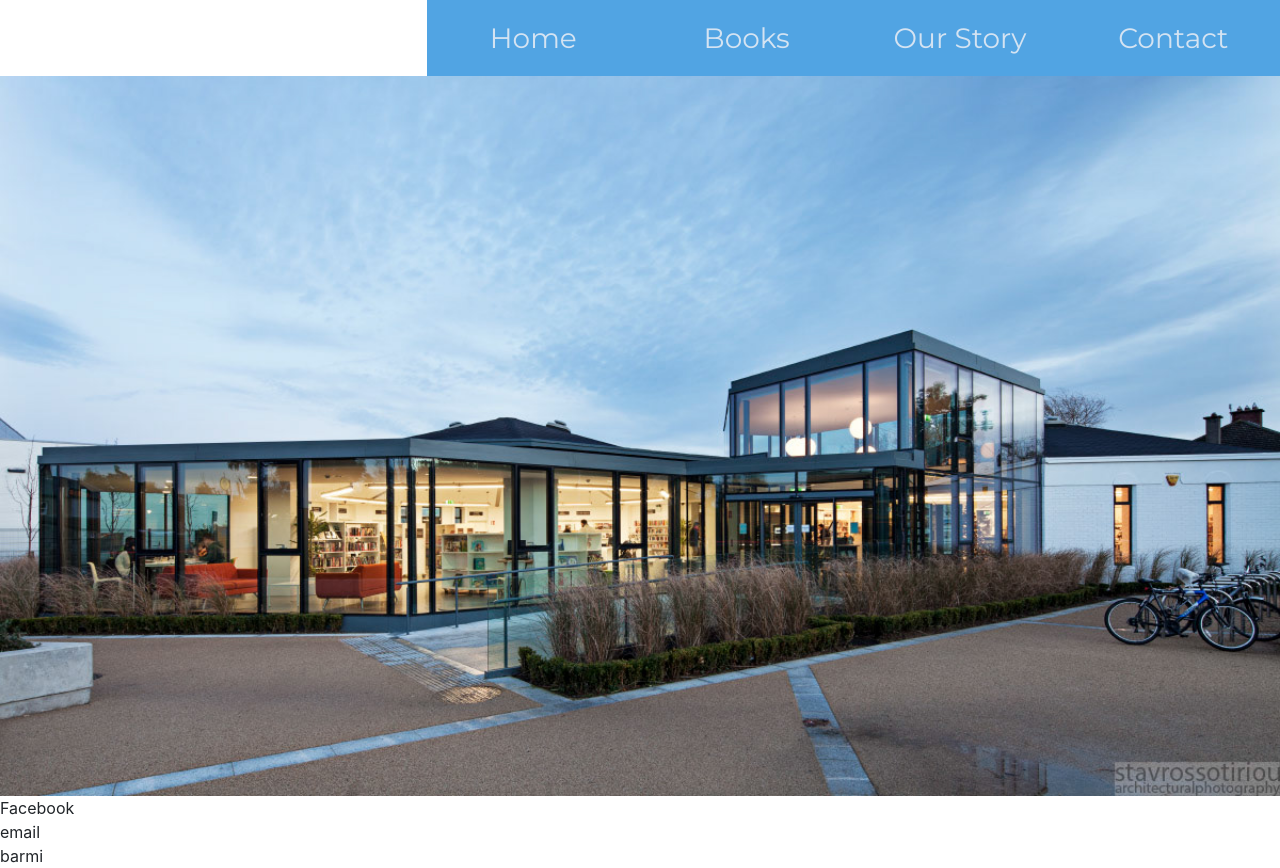
Repository: taikatta/Konyvkucko
Page: index.html
The author's editor kept a record of every edit. The page is drawn from the files as they stood at one moment, then again after the next edit.
The browser window is 1280 px wide. The pictures show the whole page.
Backgrounds fixed to the window are drawn as part of the page.

Above is the page before.

### index.html
<!DOCTYPE html>
<html lang="en">

<head>
    <meta charset="UTF-8">
    <meta name="viewport" content="width=device-width, initial-scale=1.0">
    <meta http-equiv="X-UA-Compatible" content="ie=edge">
    <link rel="stylesheet" href="https://stackpath.bootstrapcdn.com/bootstrap/4.3.1/css/bootstrap.min.css" type="text/css" />
    <link rel="stylesheet" href="https://stackpath.bootstrapcdn.com/font-awesome/4.7.0/css/font-awesome.min.css" type="text/css" />
    <link rel="stylesheet" href="css/style.css" type="text/css" />
    <title>Dublini Magyar Könyvkuckó</title>
</head>

<body>
    <header>
        <div class="row no-gutters">
            <a class="col-md-4 logo" href="index.html">

            </a>
            <div class="col-md-8">
                <div class="row no-gutters">
                    <div class="col">
                        <ul id="nav" class="list-inline menucontainer">
                            <li class="col-6 col-sm-3 list-inline-item menuitem">
                                <a href="index.html"><span>Home</span></a>
                            </li>
                            <li class="col-6 col-sm-3 list-inline-item menuitem">
                                <a href="books.html"><span>Books</span></a>
                            </li>
                            <li class="col-6 col-sm-3 list-inline-item menuitem">
                                <a href="ourstory.html"><span>Our Story</span></a>
                            </li>
                            <li class="col-6 col-sm-3 list-inline-item menuitem">
                                <a href="contact.html"><span>Contact</span></a>
                            </li>
                        </ul>
                    </div>
                </div>
            </div>
        </div>
    </header>
    <section>
        <div class="callout-container">
            <!-- <div class="overlay">&nbsp</div>



            </div>
            <div class="row">
                <div class="col-12">
                    <section class="callout jumbotron text-center">
                        <h1 class="jumbotron-header">The finest whiskeys delivered to your doorstep.</h1>
                        <hr class="block-divider block-divider--orange">
                        <p class="lead">Sign up today to start receiving the world's best whiskeys every month.
                            <s class="d-none d-sm-inline">€19.99</s>
                            <span class="d-inline d-sm-none"></span>
                            <strong><mark>First one is free!</mark></strong></p>
                        <button class="btn btn-lg btn--cta btn--red" data-toggle="modal" data-target="#signUpModal">Sign Up!</button>
                        <p class="text-muted"><small>You must be over 18 to sign up to our service. Please, drink responsibly.</small></p>
                    </section>
                </div> -->
        </div>
        </div>

    </section>
    <footer>
        <div>
            Facebook <br>
            email <br>
            barmi
        </div>
    </footer>

</body>

</html>

### css/style.css
@import url('https://fonts.googleapis.com/css?family=Montserrat&display=swap:100, 200, 300, 400, 500, 600, 700');

/*--------------------------------------------Colors*/



/*--------------------------------------------Heading*/

header {
    margin: 0;
}


.list-inline-item:not(:last-child) {
    margin: 0;
}

.menucontainer {
    font-size: 0;
    background-color: #51a4e3; /* #1d7fcf; */
    min-height: 60px;
}

.menuitem a {
    width: 100%;
    text-decoration: none;
}

#nav li {
    font-family: "Montserrat", sans-serif;
    font-weight: 200;
    font-size: 28px;
    margin-top: 2%;
    margin-bottom: 2%;
    text-align: center;

}

#nav span {
    color: #d4e3f2;
}

#nav {
    margin: 0;
}


.page-title h1 {
    padding-top: 10px;
    text-align: center;
}

.container {
    padding: 10px 0;
    background-color: #d4e3f2;

}

/*
.container:not(:last-child) {
    margin-right: 10px;

}
*/

#button1, #button2, #button3, #button4 {
    margin-top: 10px;
    margin-bottom: 10px;
}


.callout-container {
    height: 100vh;
    background: url("../images/deansgrange1.jpg") no-repeat bottom right fixed;
    -webkit-background-size: cover;
    -moz-background-size: cover;
    -o-background-size: cover;
    background-size: cover;
    display: flex;
    align-items: center;
    justify-content:center;
    position: relative;
}


/*

.logo {
    background: url("../images/logo.jpg");
    background-position: center;
    background-repeat: no-repeat;
    background-size: 75%;
    min-height: 60px;
    background-color: #1d7fcf;
}

*/

/*
.heading {
    margin-left: 50px;
}

*/

/*

.page-title {
    font-family: "Montserrat", sans-serif;
    font-weight: 200;
    font-size: 28px;
    color: #0f68b7;
    background-color: #8bc4ec;
    min-height: 60px;
    width: auto;
    text-transform: uppercase;
    letter-spacing: 2px;
    margin: 0;
}
*/

After the next edit:
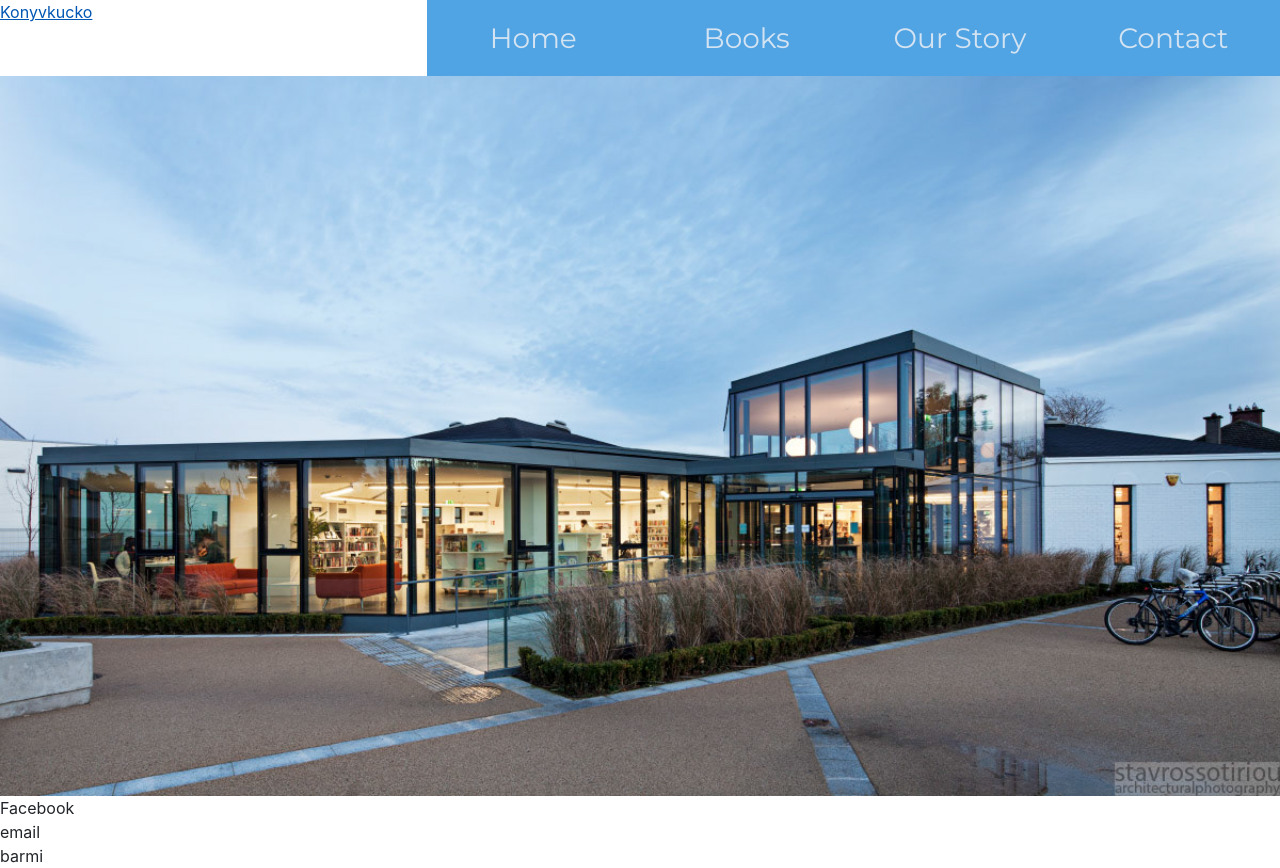
The edit:
--- a/index.html
+++ b/index.html
@@ -14,8 +14,8 @@
 <body>
     <header>
         <div class="row no-gutters">
-            <a class="col-md-4 logo" href="index.html">
-
+            <a class="col-md-4" href="index.html">
+                Konyvkucko
             </a>
             <div class="col-md-8">
                 <div class="row no-gutters">
